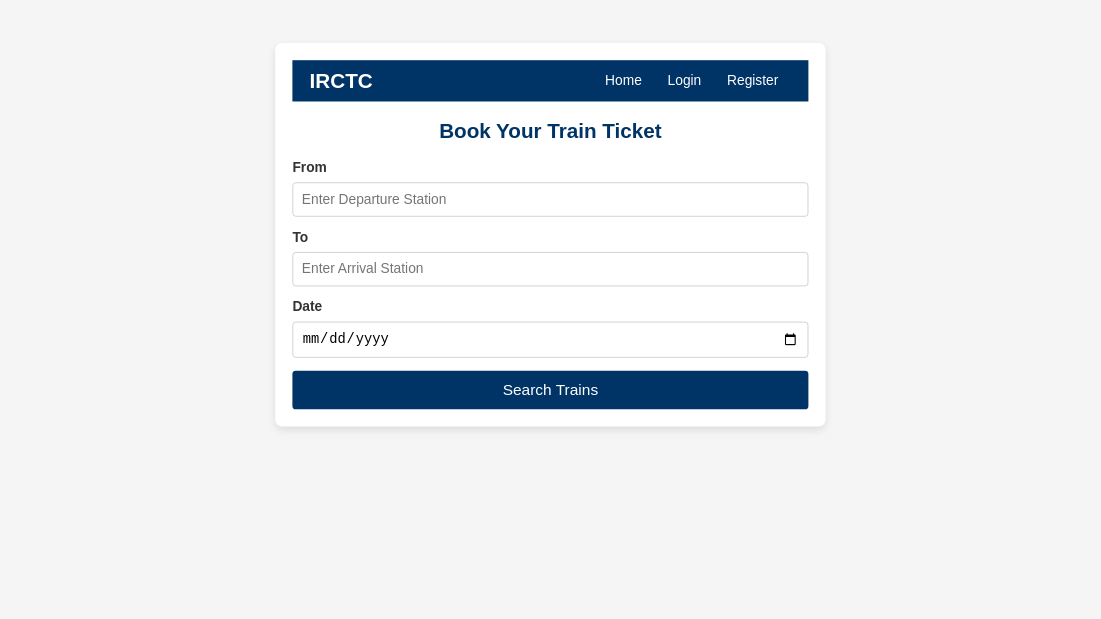
Repository: ssaddamhuss100/IRCTC-Clone
Page: /
The author's editor kept a copy of each file at every save. The page is drawn from the files as they stood at one save, then again after the next save.
The browser window is 1280 px wide. The pictures show the whole page, at 86% of full size.
The project was rebuilt for these pictures with package versions that can differ from the ones it lists, and the page was loaded fresh each time. Also part of the build but not shown: vite.config.js, src/pages/Register/Register.css, src/pages/Register/Register.jsx.

Above is the page before, as saved 2025-01-19 11:41:17.

### src/App.jsx
import React, { useEffect } from "react";
import Homepage from "./pages/Homepage/Homepage";
import Login from "./pages/Login/Login";
import Register from "./pages/Register/Register";
import ClassBasedComponent from "./pages/ClassBasedComponent";
import FunctionalComponent from "./pages/FunctionalComponent";

const App = () => {
  return (
    <div>
      <Homepage/>
    </div>
  );
};

export default App;

### src/pages/Homepage/Homepage.jsx
import React from "react";
import "./HomePage.css";
import Navbar from "../../components/Navbar/Navbar";
const HomePage = () => {

  return (
    <div className="homepage">
      <Navbar/>
      <h2>Book Your Train Ticket</h2>
      <form>
        <div className="form-group">
          <label htmlFor="from">From</label>
          <input
            type="text"
            id="from"
            placeholder="Enter Departure Station"
            required
          />
        </div>
        <div className="form-group">
          <label htmlFor="to">To</label>
          <input
            type="text"
            id="to"
            placeholder="Enter Arrival Station"
            required
          />
        </div>
        <div className="form-group">
          <label htmlFor="date">Date</label>
          <input type="date" id="date" required />
        </div>
        <button type="submit">Search Trains</button>
      </form>
    </div>
  );
};


export default HomePage;

### src/pages/Homepage/Homepage.css
body {
  margin: 0;
  font-family: Arial, sans-serif;
  background-color: #f5f5f5;
}

.homepage {
  background-color: white;
  padding: 20px;
  margin: 50px auto;
  border-radius: 8px;
  max-width: 600px;
  box-shadow: 0 4px 10px rgba(0, 0, 0, 0.1);
}

h2 {
  color: #003366;
  text-align: center;
  margin-bottom: 20px;
  font-size: 24px;
  font-weight: 700;
}

form {
  display: flex;
  flex-direction: column;
  gap: 15px;
}

.form-group {
  display: flex;
  flex-direction: column;
}

.form-group label {
  font-size: 16px;
  font-weight: 600;
  color: #333;
  margin-bottom: 8px;
}

.form-group input {
  padding: 10px;
  border: 1px solid #ccc;
  border-radius: 4px;
  font-size: 16px;
  transition: border-color 0.3s;
}

.form-group input:focus {
  border-color: #003366;
}

button[type="submit"] {
  background-color: #003366;
  color: white;
  padding: 12px;
  border: none;
  border-radius: 4px;
  font-size: 18px;
  cursor: pointer;
  transition: background-color 0.3s;
}

button[type="submit"]:hover {
  background-color: #005b99;
}

@media (max-width: 768px) {
  .homepage {
    margin: 20px;
    padding: 15px;
  }
}

### src/components/navbar/Navbar.jsx
import React from "react";
import "./Navbar.css";

const Navbar = () => {
  return (
    <nav className="navbar">
      <h1>IRCTC</h1>
      <ul>
        <li>
          <a href="/">Home</a>
        </li>
        <li>
          <a href="/login">Login</a>
        </li>
        <li>
          <a href="/register">Register</a>
        </li>
      </ul>
    </nav>
  );
};

export default Navbar;

### src/components/navbar/navbar.css
.navbar {
    display: flex;
    justify-content: space-between;
    align-items: center;
    background-color: #003366;
    padding: 10px 20px;
    color: white;
  }

  .navbar h1 {
    margin: 0;
  }

  .navbar ul {
    list-style-type: none;
    margin: 0;
    padding: 0;
    display: flex;
  }

  .navbar li {
    margin: 0 15px;
  }

  .navbar a {
    color: white;
    text-decoration: none;
    font-size: 16px;
  }

  .navbar a:hover {
    text-decoration: underline;
  }

### src/pages/Login/Login.jsx
import React from "react";
import "./Login.css";

const Login = () => {
  return (
    <div className="login-container">
      <div className="login-box">
        <h2>Login</h2>

        <form>

          <div className="form-group">
            <label htmlFor="username">Username</label>
            <input type="text" id="username" required />
          </div>

          <div className="form-group">
            <label htmlFor="password">Password</label>
            <input type="password" id="password" required />
          </div>

          <button type="submit">Login</button>

        </form>

      </div>
    </div>
  );
};

export default Login;

### src/pages/Login/Login.css
/* Outer container to center the form on the page */
.login-container {
  display: flex;
  justify-content: center; /* Center horizontally */
  align-items: center; /* Center vertically */
  min-height: 100vh; /* Full viewport height */
  background-color: #f5f5f5; /* Light gray background */
}

/* Form box layout similar to IRCTC */
.login-box {
  background-color: #ffffff; /* White background for form */
  padding: 30px;
  border-radius: 10px; /* Rounded corners */
  box-shadow: 0 4px 12px rgba(0, 0, 0, 0.1); /* Soft shadow */
  width: 100%; /* Full width of container */
  max-width: 450px; /* Max width to limit form size */
}

/* Form heading */
.login-box h2 {
  text-align: center;
  color: #003366; /* IRCTC blue color for heading */
  margin-bottom: 20px;
}

Loaded but not shown: index.html (common file); src/main.jsx (common file); src/pages/ClassBasedComponent.jsx (no stored copy; drawn as an empty file); src/pages/FunctionalComponent.jsx (no stored copy; drawn as an empty file)

After the next save:
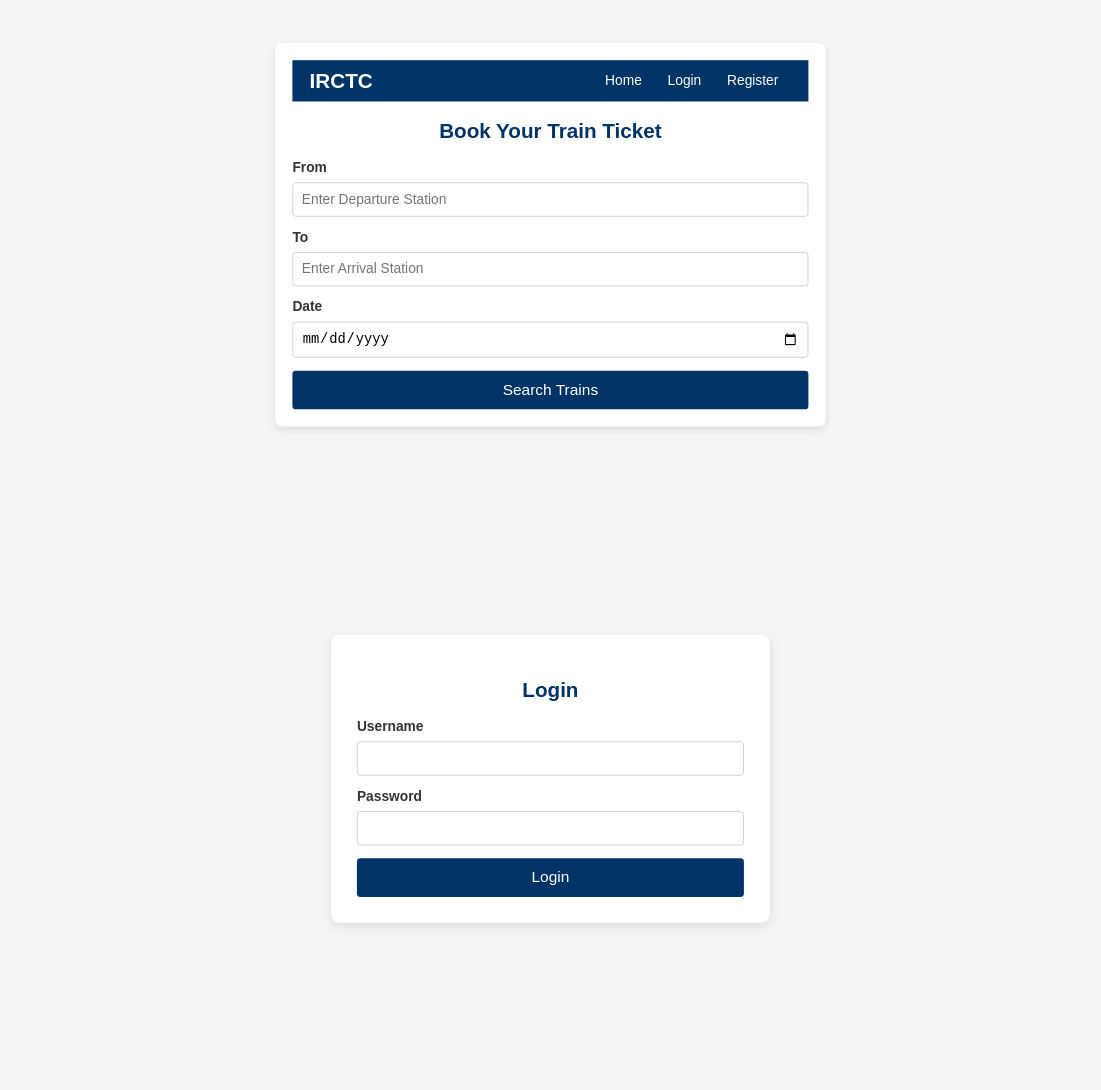
Saved 29 s later.
--- a/src/App.jsx
+++ b/src/App.jsx
@@ -9,6 +9,10 @@
   return (
     <div>
       <Homepage/>
+      <Login/>
+      {/* <ClassBasedComponent initialCount = {10} />
+      <hr />
+      <FunctionalComponent  initialCount = {10} /> */}
     </div>
   );
 };
